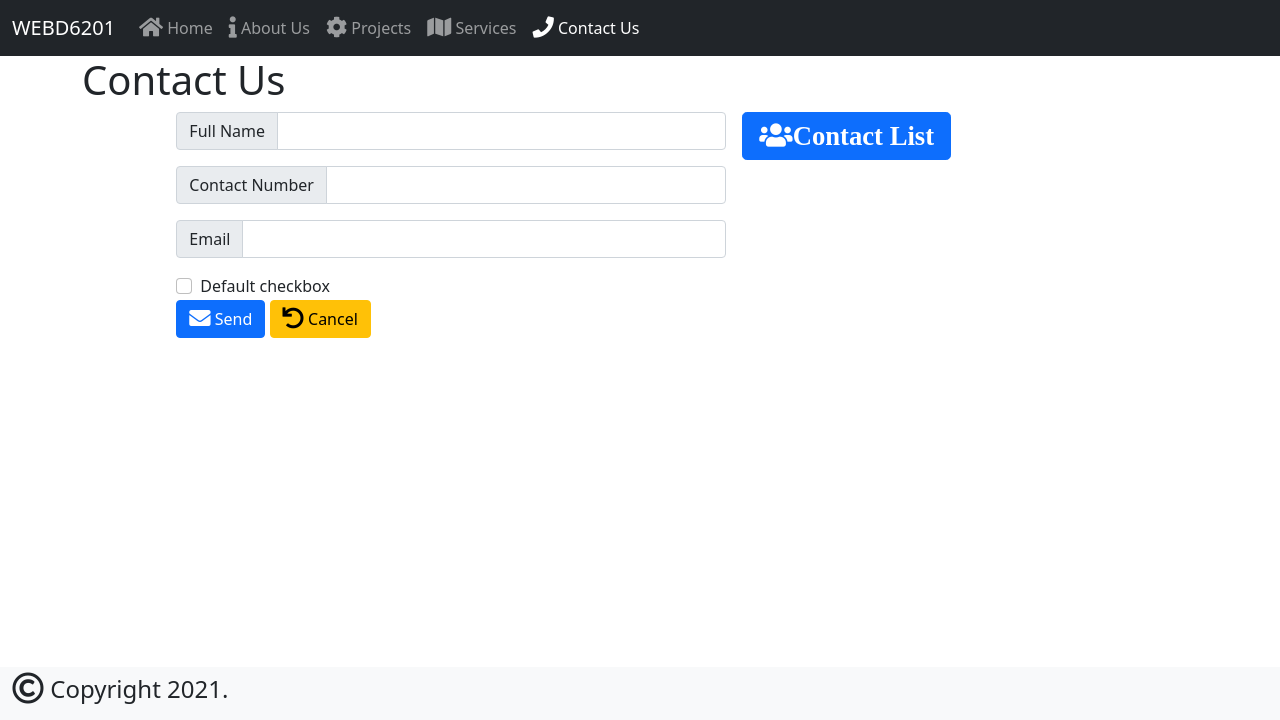
Repository: GarlicButterBoy/WEBD6201-ICE03
Page: contact.html
The author's editor kept a copy of each file at every save. The page is drawn from the files as they stood at one save, then again after a run of saves.
The browser window is 1280 px wide. The pictures show the whole page.

Above is the page before, as saved 2021-02-04 09:04:41.

After the next 2 saves:
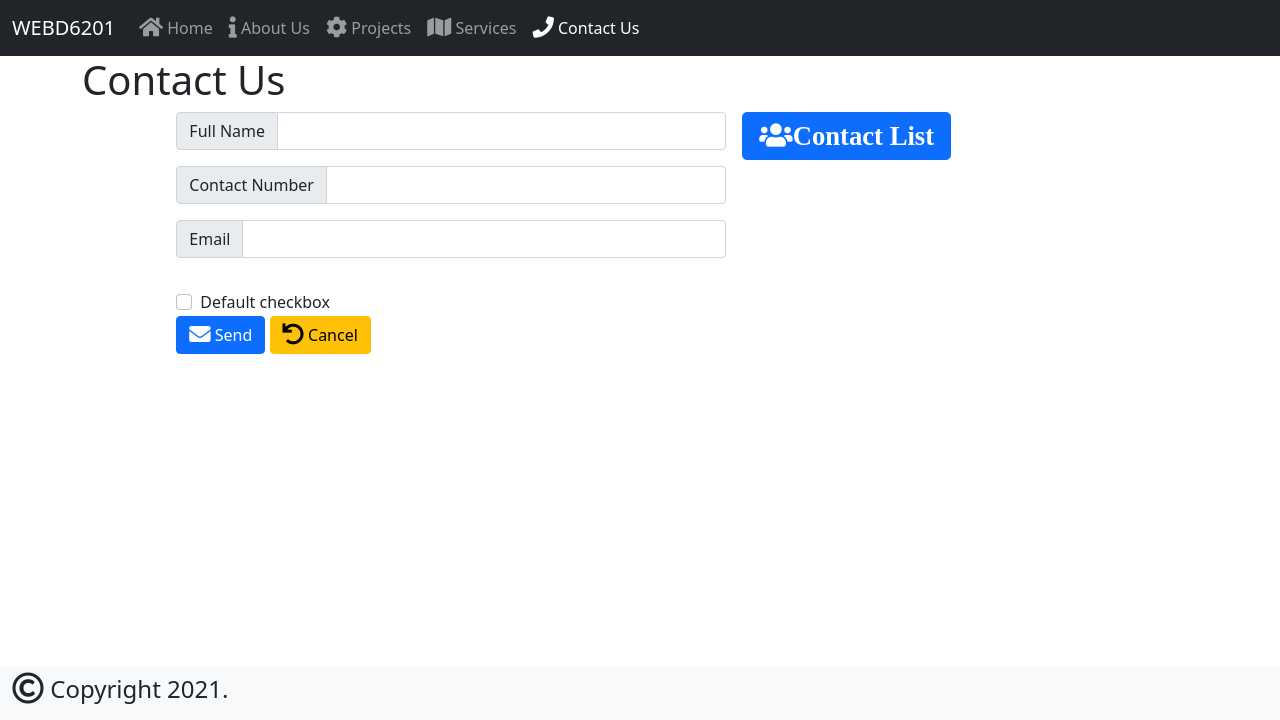
The 2 saves are shown as one change because they came seconds apart.
The last was saved 6 s later.
--- a/contact.html
+++ b/contact.html
@@ -72,7 +72,9 @@
               name="emailAddress" required>
             </div>
 
-<div class="input-group"></div>
+<div class="input-group mb-3">
+
+</div>
 
             <div class="form-check">
               <input class="form-check-input" type="checkbox" value="" id="flexCheckDefault">
